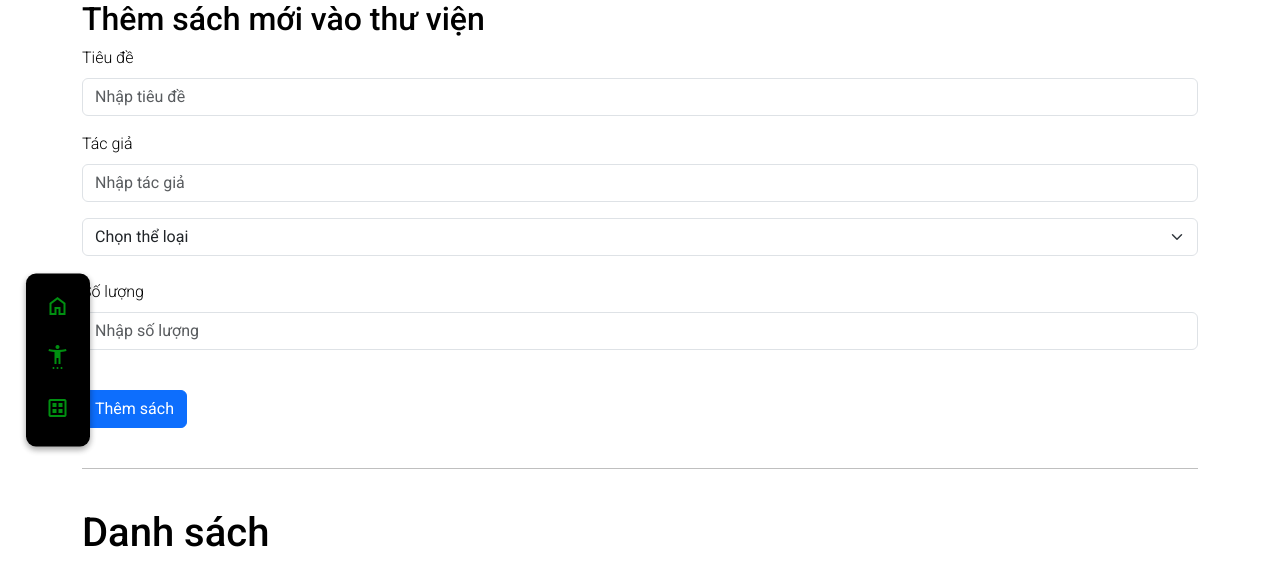
Repository: tuankiet10920/homeworkFEF
Page: /about
The author's editor kept a copy of each file at every save. The page is drawn from the files as they stood at one save, then again after the next save.
The browser window is 1280 px wide. The pictures show the whole page.
The project was rebuilt for these pictures with package versions that can differ from the ones it lists, and the page was loaded fresh each time. Also part of the build but not shown: vite.config.js, src/views/HomeView.vue. Imported but missing from the stored project, and not drawn on this page: src/assets/audio/intro.mp3.

Above is the page before, as saved 2024-10-25 11:33:16.

### index.html
<!doctype html>
<html lang="en">
  <head>
    <meta charset="UTF-8" />
    <link rel="icon" href="/favicon.ico" />
    <meta name="viewport" content="width=device-width, initial-scale=1.0" />
    <link
      href="https://cdn.jsdelivr.net/npm/bootstrap@5.3.3/dist/css/bootstrap.min.css"
      rel="stylesheet"
      integrity="sha384-QWTKZyjpPEjISv5WaRU9OFeRpok6YctnYmDr5pNlyT2bRjXh0JMhjY6hW+ALEwIH"
      crossorigin="anonymous"
    />
    <link
      rel="stylesheet"
      href="https://fonts.googleapis.com/css2?family=Material+Symbols+Outlined:opsz,wght,FILL,GRAD@20..48,100..700,0..1,-50..200"
    />
    <link rel="preconnect" href="https://fonts.googleapis.com" />
    <link rel="preconnect" href="https://fonts.gstatic.com" crossorigin />
    <link
      href="https://fonts.googleapis.com/css2?family=Roboto:ital,wght@0,100;0,300;0,400;0,500;0,700;0,900;1,100;1,300;1,400;1,500;1,700;1,900&display=swap"
      rel="stylesheet"
    />
    <title>Vite App</title>
    <link rel="stylesheet" href="./src/assets/css/main.css" />
  </head>
  <body>
    <div id="app"></div>
    <script
      src="https://cdn.jsdelivr.net/npm/bootstrap@5.3.3/dist/js/bootstrap.bundle.min.js"
      integrity="sha384-YvpcrYf0tY3lHB60NNkmXc5s9fDVZLESaAA55NDzOxhy9GkcIdslK1eN7N6jIeHz"
      crossorigin="anonymous"
    ></script>
    <script type="module" src="/src/main.js"></script>
  </body>
</html>

### src/assets/css/main.css
* {
  margin: 0;
  padding: 0;
  box-sizing: border-box;
  text-decoration: none;
  color: #000;
  font-size: 16px;
  font-family: 'Roboto', sans-serif;
  font-weight: 300;
  font-style: normal;
}

### src/App.vue
<script setup>
import { RouterLink, RouterView } from 'vue-router'
import GetSrcImage from './assets/help/getSrcImage.js'
import Icon from './components/Icon.vue'
</script>

<template>
  <header>
    <div class="wrapper">
      <nav>
        <RouterLink to="/">
          <Icon iconName="home" />
        </RouterLink>

        <RouterLink to="/about">
          <Icon iconName="settings_accessibility" />
        </RouterLink>

        <RouterLink to="/labs">
          <Icon iconName="dataset" />
        </RouterLink>
      </nav>
    </div>
  </header>
  <RouterView />
</template>

<style scoped>
.wrapper nav a {
  margin-bottom: 20px;
  width: fit-content;
  text-decoration: none;
}
.wrapper nav a span {
  color: #009011;
}
.wrapper nav a:last-child {
  margin-bottom: 0;
}
nav {
  display: flex;
  flex-direction: column;
  justify-content: center;
  position: absolute;
  top: 50%;
  left: 2%;
  transform: translateY(-50%);
  padding: 20px;
  border-radius: 10px;
  background: #000;
  box-shadow:
    rgba(0, 0, 0, 0.16) 0px 3px 6px,
    rgba(0, 0, 0, 0.23) 0px 3px 6px;
}
</style>

### src/router/index.js
import { createRouter, createWebHistory } from 'vue-router'
import HomeView from '../views/HomeView.vue'

const router = createRouter({
  history: createWebHistory(import.meta.env.BASE_URL),
  routes: [
    {
      path: '/',
      name: 'home',
      component: HomeView,
    },
    {
      path: '/about',
      name: 'about',
      // route level code-splitting
      // this generates a separate chunk (About.[hash].js) for this route
      // which is lazy-loaded when the route is visited.
      component: () => import('../views/AboutView.vue'),
    },
    {
      path: '/labs',
      name: 'labs',
      component: () => import('../views/LabView.vue'),
    }
  ],
})

export default router

### src/assets/help/getSrcImage.js
const getSrcImage = (image) => {
    let __path = 'http://localhost:5173/src/assets/img/'
    return __path + image
}
export default getSrcImage

### src/components/Icon.vue
<script setup>
const props = defineProps(['iconName'])
</script>
<template>
  <span class="material-symbols-outlined"> {{ props.iconName }} </span>
</template>
<style scoped></style>

### src/views/AboutView.vue
<script setup>
import Bai4 from '../Labs/Lab4/Bai4.vue'
</script>
<template>
  <Bai4 />
</template>

<style></style>

### src/Labs/Lab4/Bai4.vue
<script setup>
import { ref, reactive } from 'vue'

const isEdit = ref(false)

const types = ref([
  {
    id: 1,
    name: 'Tiểu thuyết',
  },
  {
    id: 2,
    name: 'Phi hư cấu',
  },
  {
    id: 3,
    name: 'Khoa học',
  },
  {
    id: 4,
    name: 'Lịch sử',
  },
  {
    id: 5,
    name: 'Phát triển bản thân',
  },
])

const book = reactive({
  id: null,
  title: '',
  author: '',
  category: '',
  quantity: null,
})

const listBooks = ref([])

const addBook = () => {
  // Add the book to the library
  if (book.title !== '' && book.author !== '' && book.category !== '') {
    const type = types.value.find(type => type.id === book.category)
    listBooks.value.push({
      id: Date.now(),
      title: book.title,
      author: book.author,
      category: type.name,
      quantity: book.quantity,
    })
    // return value equal null
    clearForm()
  } else {
    alert('Vui lòng điền đầy đủ thông tin!')
  }
}

const removeBook = bookId => {
  // Remove the book from the library
  listBooks.value = listBooks.value.filter(book => book.id !== bookId)
}

const editingBookId = ref(0)

const editBook = bookId => {
  // set enemy is true to edit the book
  isEdit.value = true
  // fill infomation of book into fields
  const bookNeedEdit = listBooks.value.find(book => book.id === bookId)
  book.id = bookNeedEdit.id
  book.title = bookNeedEdit.title
  book.author = bookNeedEdit.author
  book.category = bookNeedEdit.category
  book.quantity = bookNeedEdit.quantity
  editingBookId.value = bookId
  console.log(bookNeedEdit)
}

const cancel = () => {
  isEdit.value = false
  clearForm()
}

const clearForm = () => {
  book.id = null
  book.title = ''
  book.author = ''
  book.category = ''
  book.quantity = null
}

const updateBook = () => {
  const bookIndex = listBooks.value.findIndex(
    book => book.id === editingBookId.value,
  )
  console.log(bookIndex)
  // type return an object with id and name
  const type = types.value.find(type => type.id === book.category)
  listBooks.value[bookIndex] = {
    id: listBooks.value[bookIndex].id,
    title: book.title,
    author: book.author,
    category: type.name,
    quantity: book.quantity,
  }
  clearForm()
  isEdit.value = false
}
</script>
<template>
  <div class="container">
    <form @submit.prevent="addBook">
      <h2 v-html="isEdit ? 'Cập nhật sách' : 'Thêm sách mới vào thư viện'"></h2>
      <div class="mb-3">
        <label for="title" class="form-label">Tiêu đề</label>
        <input
          type="text"
          class="form-control"
          id="title"
          v-model="book.title"
          placeholder="Nhập tiêu đề"
        />
      </div>
      <div class="mb-3">
        <label for="author" class="form-label">Tác giả</label>
        <input
          type="text"
          class="form-control"
          id="author"
          v-model="book.author"
          placeholder="Nhập tác giả"
        />
      </div>

      <select class="form-select" aria-label="Thể loại" v-model="book.category">
        <option
          :value="isEdit ? book.category : ''"
          v-html="isEdit ? book.category : 'Chọn thể loại'"
        ></option>
        <option v-for="type in types" :value="type.id">
          {{ type.name }}
        </option></select
      ><br />
      <div class="mb-3">
        <label for="quantity" class="form-label">Số lượng</label>
        <input
          type="number"
          min="1"
          max="200"
          class="form-control"
          id="quantity"
          v-model="book.quantity"
          placeholder="Nhập số lượng"
        />
      </div>
      <br />
      <button v-if="!isEdit" type="submit" class="btn btn-primary text-white">
        Thêm sách
      </button>
      <div v-else class="btn-group">
        <button
          @click="updateBook"
          type="button"
          class="btn btn-primary text-white"
        >
          Cập nhật sách
        </button>
        <button
          type="button"
          class="btn btn-secondary text-white"
          @click="cancel"
        >
          Hủy
        </button>
      </div>
    </form>
    <br />
    <hr />
    <br />
    <h1>Danh sách</h1>
    <div class="container">
      <div class="row row-cols-3">
        <div class="col" v-for="book in listBooks">
          <div class="card">
            <p class="fs-4">{{ book.title }}</p>
            <p class="fs-5">Tác giả: {{ book.author }}</p>
            <p class="fs-5">Thể loại: {{ book.category }}</p>
            <p class="fs-5">Số lượng: {{ book.quantity }}</p>
            <div class="btn-group">
              <button
                type="button"
                class="btn btn-danger text-white"
                @click="removeBook(book.id)"
              >
                Xóa
              </button>
              <button
                type="button"
                class="btn btn-warning text-white"
                @click="editBook(book.id)"
              >
                Sửa
              </button>
            </div>
          </div>
        </div>
      </div>
    </div>
  </div>
</template>
<style scoped>
.card {
  margin-bottom: 20px;
}
.btn {
  margin-right: 10px;
}
</style>

### src/Labs/Lab5/Bai1.vue
<script setup></script>
<template>
  <div class="container"></div>
</template>
<style></style>

Loaded but not shown: src/main.js (common file)

After the next save:
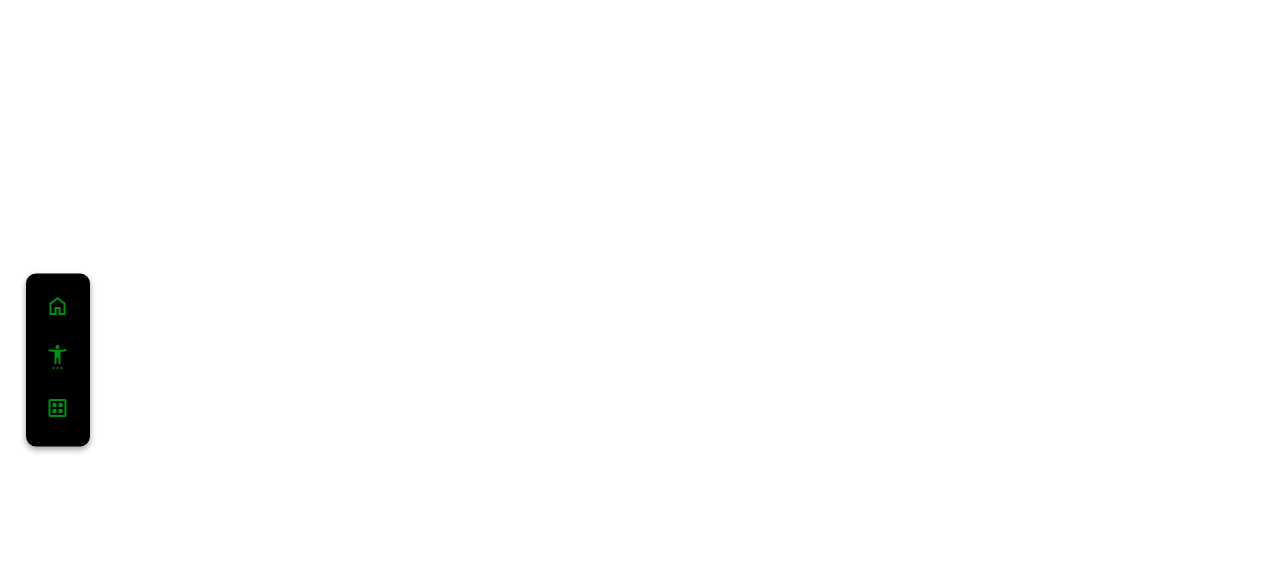
Saved 20 s later.
--- a/src/views/AboutView.vue
+++ b/src/views/AboutView.vue
@@ -1,8 +1,8 @@
 <script setup>
-import Bai4 from '../Labs/Lab4/Bai4.vue'
+import Bai1 from '../Labs/Lab5/Bai1.vue'
 </script>
 <template>
-  <Bai4 />
+  <Bai1 />
 </template>
 
 <style></style>
